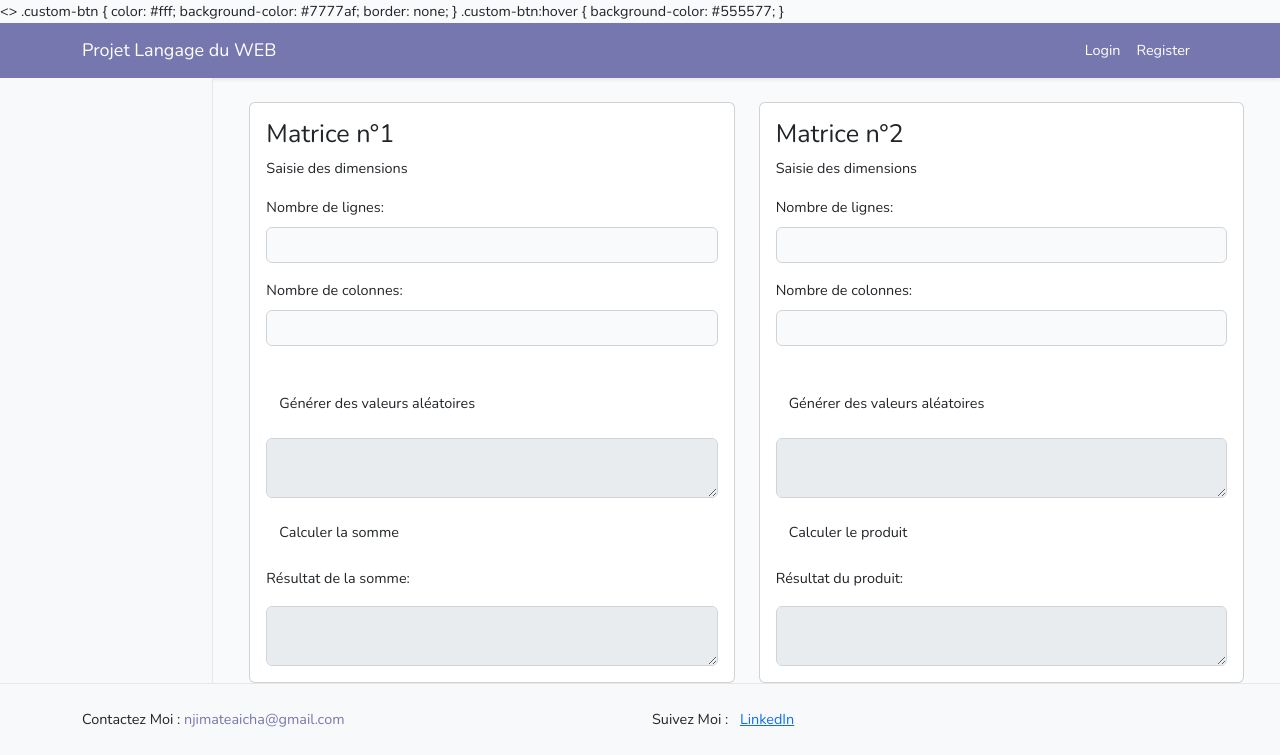
Repository: NjimateAicha/LaravelWeb
Page: http://localhost/matrice
The author's editor kept a copy of each file at every save. The page is drawn from the files as they stood at one save, then again after the next save.
The browser window is 1280 px wide. The pictures show the whole page.
Some web libraries are served in a nearby version. The page is served by the project's Laravel application, run on PHP 8.4 with Laravel 9. Style sheets and scripts are compiled from the project's sources, by tool versions that may differ from the author's.

Above is the page before, as saved 2024-05-19 17:25:21.

After the next save:
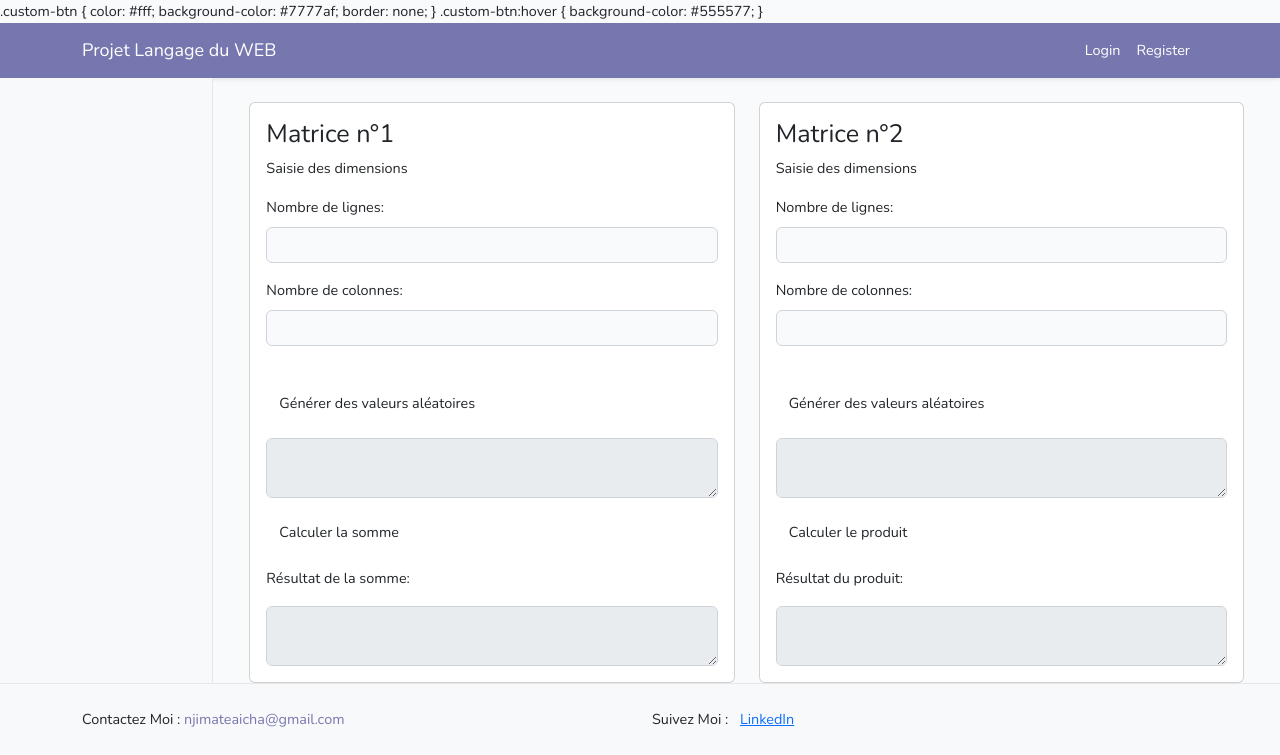
Saved 8 s later.
--- a/resources/views/matrice/index.blade.php
+++ b/resources/views/matrice/index.blade.php
@@ -138,7 +138,7 @@ function calculateSum(targetId) {
 
 
 
-<>
+<stye>
     .custom-btn {
         color: #fff;
         background-color: #7777af;
